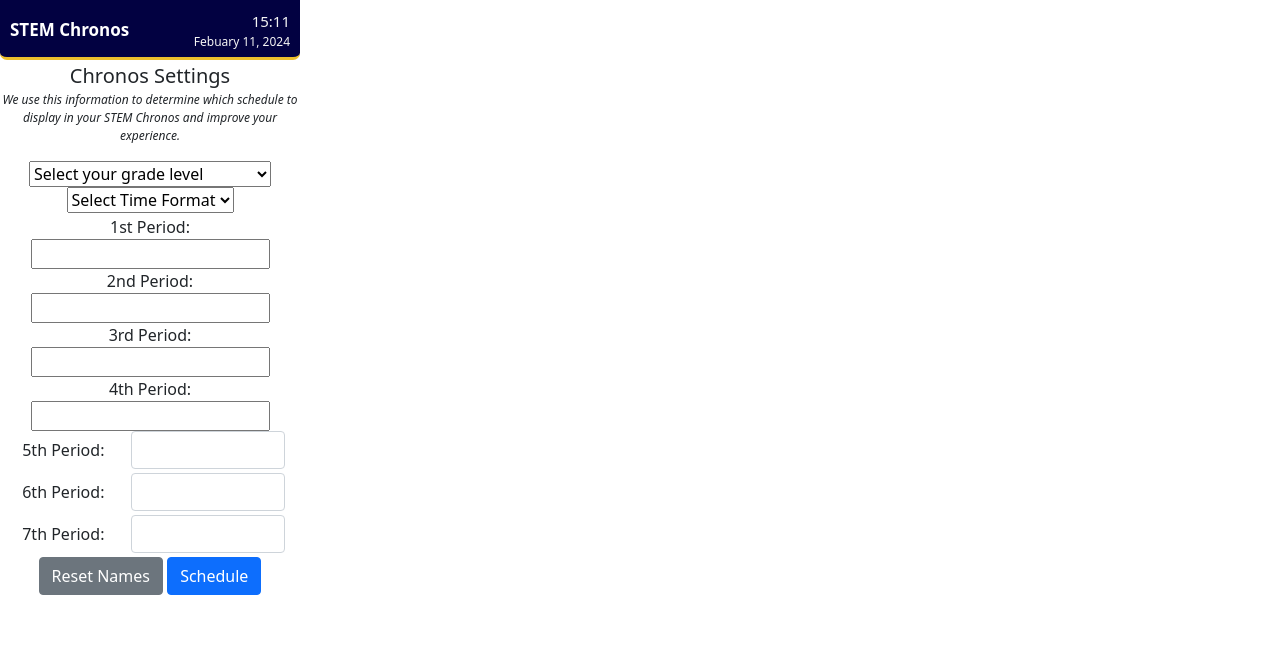
Repository: EvanHughes-dev/StemChronos
Page: StemChronos2.0/Settings/Settings.html
The author's editor kept a copy of each file at every save. The page is drawn from the files as they stood at one save, then again after the next save.
The browser window is 1280 px wide. The pictures show the whole page.

Above is the page before, as saved 2024-04-23 15:38:34.
Console error: TypeError: Cannot read properties of null (reading 'addEventListener')

### StemChronos2.0/Settings/Settings.html
<!Doctype html>
<html>
<!--
    Have all settings here
    i.e. Grade level
    Period names
    notifications
    -->
<head>

    <link href="Settings.css" rel="stylesheet" type="text/css">
    <link href="../index.css" rel="stylesheet" type="text/css">
    <link href="https://cdn.jsdelivr.net/npm/bootstrap@5.0.2/dist/css/bootstrap.min.css" rel="stylesheet" integrity="sha384-EVSTQN3/azprG1Anm3QDgpJLIm9Nao0Yz1ztcQTwFspd3yD65VohhpuuCOmLASjC" crossorigin="anonymous">

</head>
<body>
    <!--Title for Chronos-->
    <div class="title-row">
        <p class="title">STEM Chronos</p>
        <span id="CurrentTime" class="currentTime"></span>
        <span id="CurrentDate" class="date"></span>
    </div>


    <div name="Settings" class="Settings">
        <!--Title for the attribute-->
        <center>
            <div class="fs-5">
                Chronos Settings
            </div>

        </center>


        <p class="SettingsText">
            We use this information to determine
            which schedule to display in your STEM Chronos and improve your experience.
        </p>

        <center>
            <!--Change the Grade Level-->
            <select id="GradeLevel" >
                <option class="DefaultOption" value="NULL" selected disabled>Select your grade level</option>
                <option value="Fresh"> I am a Freshman/Sophomore</option>
                <option value="Sen">I am a Junior/Senior</option>
            </select>

            <select id="TimeMode">
                <option class="DefaultOption" value="NULL" selected disabled>Select Time Format</option>
                <option value="24Hour">24 hour</option>
                <option value="12Hour">12 hour</option>

            </select>
            <!--Set custom period names-->
            <div class="InputField" id="PeriodNameOBJ">
                <div >
                    <label for="First">1st Period:</label>
                    <input name="First" type="text" id="FirstVal" />
                </div>
                <div >
                    <label for="Second">2nd Period:</label>
                    <input name="Second" type="text" id="SecondVal" />
                </div>

                <div>
                    <label for="Third">3rd Period:</label>
                    <input name="Third" type="text" id="ThirdVal" />
                </div>
                <div>
                    <label for="Fourth">4th Period:</label>
                    <input name="Fourth" type="text" id="FourthVal" />
                </div>
                <div class="row g-2 mb-1">
                    <label class="col-sm-4 col-form-label mx-3" for="Fifth">5th Period:</label>
                    <input class="col-sm-10 form-control w-50 col-auto" name="Fifth" type="text" id="FiffthVal" />
                </div>
                <div class="row g-2 mb-1">
                    <label class="col-sm-4 col-form-label mx-3" for="Sixth">6th Period:</label>
                    <input class="col-sm-10 form-control w-50 col-auto" name="Sixth" type="text" id="SixthVal" />
                </div>
                <div class="row g-2 mb-1">
                    <label class="col-sm-4 col-form-label mx-3" for="Seventh">7th Period:</label>
                    <input class="col-sm-10 form-control w-50 col-auto" name="Seventh" type="text" id="SeventhVal" />
                </div>

            </div>

            <!--Buttons-->
            <div class="footerOBJ">
                <button id="PeriodReset" class="btn btn-secondary">Reset Names</button>
                <button id="ScheduleBTN" class="btn btn-primary">Schedule</button>
            </div>
        </center>



    </div>


</body>
<script src="Settings.js"></script>
</html>

### StemChronos2.0/Settings/Settings.css
body {
    width: 300px;
    background-color: #Eeeef3;
    font-size:20px;
}
.Settings {
    margin-top:0px;
    width: 100%;
    height:200px;

}

.SettingsHeader {
    font-size: 25px;
    background: #Eeeef3;

    border-bottom: solid;
    border-width:1px;

}

.SettingsText {
    font-style: italic;
    text-align:center;
    font-size:12px;
}

select.DropDown {
    margin-left: 2px;
    width: 70%;
}


option:hover {
    background-color: #92cbdf;
}

.DefaultOption{

    color:gray;

}

option{

    color:black;
}
.InputField{
    padding-top:2px;
 }


.ToggleArrowHide{
    font-size: 20px;
    padding-left: 3px;
    transition: 1s;
}
    .ToggleArrowHide:hover{

        rotate: 90deg;
    }

    .ToggleArrowShow{
        font-size: 20px;
        padding-left: 3px;
        transition: 1s;
        rotate: 90deg;
    }
        .ToggleArrowShow:hover{

            rotate: 0deg;
        }

.ErrorBox{
    width:90%;
    margin-left:5%;
    display:block;
    background:red;
    z-index:20;
}

### StemChronos2.0/index.css
body {
    width: 300px;

    background-color: #Eeeef3;

    font-size: 15px;
}
.title-row {
	width: 100%;

	font-size: 17px;
	padding: 10px;
    height: 60px;
    margin-bottom: 1px;
    background-color: #020141;
    border-bottom: solid;
    border-bottom-color: #EDC02D;
    border-radius: 0px 0px 7px 7px;
}

.title {
	float: left;
	color: white;
	margin: 6.5px 0;
	font-weight: 700;
}

.currentTime {
	float: right;
	font-size: 15px;
    color: whitesmoke;
}

.date {
	float: right;
	font-size: 12px;
	clear: right;
    color: whitesmoke;
}

tr{
font-size: 12px;
}
.CurrentPeriod {
    background-color: #92cbdf;
}

.CurrentPeriod:hover {
    background-color: #51abcb;
}

.TimeRemainingHolder {
    padding-top: 10px;
    padding-bottom: 10px;
    margin-right: 10px;
    margin-left: 10px;
}

.DailyMessageText{
    text-align:center;
}



    .DailyMessage {
        width: 100%;
        height: 100%;
        justify-content: center;
        align-items: center;
        background-color: whitesmoke;
        /* border-bottom: solid 1px gray;
        border-left: solid 1px gray;
        border-radius: 0px 0px 0px 7px; */
        display: block;
    }
.DailyMessageText {
    margin-top: 10px;
    text-align: center;
}

.DailyMessageHeader {
    margin-top:5px;
    text-align: center;
    font-size:20px;
}
.LetterDay {
    margin-top: 5px;
    width: 75px;
    height: 50%;
    margin-left: 5px;
    align-content: center;
    vertical-align: central;
    background-color: lightgray;
}
.LetterDayInside {
    align-content: center;
    vertical-align: central;
    padding: 5px 5px 5px 5px;
}

.navy {
    background-color: #020141;
}



.flex-child {
    flex: 1;

    padding-right:5px;
    padding-left:5px;
}

    .flex-child:first-child {

        flex: 0;

        width: 100%;
        height: 100%;


    }

#FooterTable{
    padding-top: 0px;
    width:100%;
    height: 10px;

}

    #FooterTable th{
        width:50%;
        height:10px;

    }

br{

    margin:0px;
}
.SettingBtn {
    color: #6f7273;
    width: 50%;
    text-decoration: none;
    font-size: 25px;
}
.SettingBtn:hover{
     cursor: pointer;

}

.ReportBtn {
    color: #6f7273;
    width: 50%;
    text-decoration: none;
    font-size: 25px;
}

    .ReportBtn:hover {
        cursor: pointer;
    }





    .TimeLeft{
        margin: 2px;
    }

### StemChronos2.0/Settings/Settings.js

/*
 * @EHughes
 * Javascript control for Settings.html
 * Initial() runs on page load
 *
 * Future maintainers,
 * Please comment code well.
 * Comment what each function does and where it is called from.
 * As well as the general gist of if statements if there are variables that change values often
 * -EHughes
 */

const AllMonths = ["January", "Febuary", "March", "April", "May", "June", "July", "Agust", "September", "October", "November", "December"];
const PeriodID = ["FirstVal", 'SecondVal', 'ThirdVal', 'FourthVal', 'FiffthVal', 'SixthVal', 'SeventhVal']
const PeriodInputID = ['FirstValToggle', 'SecondValToggle', 'ThirdValToggle', 'FourthValToggle', 'FiffthValToggle', 'SixthValToggle', 'SeventhValToggle'];

function Initial() {//called on script load

	SetDefaultSelect();//Sets deault values for the selects if there are any
	SetDateAndTime();//Sets the header date and time
	SetCustomNameText();//Checks if there are names saved and displays them
	AddEventListeners()//add all needed event listeners

}

function SetDefaultSelect() {//called from Initial()
	if (localStorage.getItem('Year') != null) {//if there is a value
		document.getElementById("GradeLevel").value = localStorage.getItem('Year');//set the grade level to it
	}

	if (localStorage.getItem('TimeMode') != null) {//if there is a value
		document.getElementById('TimeMode').value = localStorage.getItem('TimeMode');//set the time mode to it
	}
}

function UpdateGradeLevel() {//called from AddEventListeners()
	//sets new grade level
	localStorage.setItem("Year", document.getElementById("GradeLevel").value)
}

function UpdateTimeMode() {//called from AddEventListeners()
	//sets new time mode 12 vs 24 hour
	localStorage.setItem("TimeMode", document.getElementById("TimeMode").value)
}

function AddEventListeners() {//called from Initial()

	document.getElementById("GradeLevel").addEventListener("change", () => { UpdateGradeLevel() });//Change grade level

	document.getElementById("TimeMode").addEventListener("change", () => { UpdateTimeMode() });//Change grade level

	document.getElementById("PeriodReset").addEventListener("click", () => { ClearCustomNames() });//Clear all names BTN

	document.getElementById("ScheduleBTN").addEventListener("click", () => { BackToSchedule() });//Go back to schedule BTN

	for (var i = 0; i < PeriodID.length; i++) {//Add event listener for all schedule name inputs
		document.getElementById(PeriodID[i]).addEventListener("change", (source) => {

			SavePeriodNames(source.target.id);//save the period name asscociated with this objects id
		})
	}

	for (let i = 0; i < PeriodInputID.length; i++) {//Add eventlisteners to all schedule input toggle arrows
		const element = PeriodInputID[i];//id for element

		document.getElementById(element).addEventListener("click", (source)=>{//add the listener and pass the object
			ToggleInput(source.target.id)//toggle display of input field and pass the target id
		})

	}


}

function SetDateAndTime() {//called from Initial()
	//Display the date and time for the Chronos header
	const d = new Date();//Current date
	let hour = d.getHours();//Current hour in 24-hour
	let minutes = d.getMinutes();//Current Minute

	let month = d.getMonth();//current month 0-11
	let day = d.getDate();//current day
	let year = d.getFullYear();//current full year

	document.getElementById("CurrentDate").innerHTML = AllMonths[month] + " " + day + ", " + year;//set the day month, year display

	if (minutes < 10) {//If minutes is less than 10
		document.getElementById("CurrentTime").innerHTML = hour + ":0" + minutes;//add a zero before minutes to maintain format
	} else {
		document.getElementById("CurrentTime").innerHTML = hour + ":" + minutes;//just a the minutes
	}

}

function SavePeriodNames(value) {//called from AddEventListeners()

	for (var i = 0; i < PeriodID.length; i++) {

		var LocalStorageI = i + 1;//LocalStorageI since local storage name is one greater then the i value

		if (PeriodID[i] == value) {

			var InputValue = document.getElementById(PeriodID[i]).value;//value inputed into field

			if (InputValue == "" || InputValue == null) {

				localStorage.removeItem("Period" + LocalStorageI)//remove value if field was cleared
				break;//stop running

            }
			localStorage.setItem("Period" + LocalStorageI, InputValue);//set new value
			break;
        }

    }


}


function ClearCustomNames() {//called from AddEventListeners() && SavePeriodNames()
	//remove all period
	for (var i = 1; i <= 7; i++) {

		window.localStorage.removeItem("Period" + i)//remove period from storage

	}
	SetCustomNameText();//display cleared names
}

function SetCustomNameText() {//called from Initial() && ClearCustomNames()
	for (var i = 0; i < 7; i++) {
		var LocalStorageI = i + 1;//LocalStorageI since local storage name is one greater then the i value
		if (localStorage.getItem("Period" + LocalStorageI) != null) {//if there is a value
			document.getElementById(PeriodID[i]).value = localStorage.getItem("Period" + LocalStorageI);//display it
		} else {//if there isnt a value
			document.getElementById(PeriodID[i]).value = "";//display nothing
        }
	}
}


function BackToSchedule() {//called from AddEventListeners()

	if(localStorage.getItem("Year")==null){
		alert("Ensure you select a grade level")
		return
	}
	window.location = "../index.html";

}


function ToggleInput(sourceId){//Toggles input fields for period names. Called from AddEventlisteners()

	for (let i = 0; i < PeriodInputID.length; i++) {//loop through all option
		const element = PeriodInputID[i];//check value of current index

		if(element==sourceId){//if it matches source id

			const InputElement=document.getElementById(PeriodID[i]);
			const ToggleElement=document.getElementById(PeriodInputID[i]);

			console.log(InputElement.style.display)
			//this part deals with displaying the input field for that object
			if(InputElement.style.display=="none" ||InputElement.style.display==""){//if it is not displayed or not set
				InputElement.style.display="revert";//display it
			}else{//if it is diaplyed
				InputElement.style.display="none";//don't display it
			}

			//this section deals with turning the arrow so it is facing the right direction
			const ClassList = ToggleElement.classList;//get all class names of the object

			ClassList.forEach(element => {//for each class
				if(element=="ToggleArrowShow"){//check if class name 1 exists
					ToggleElement.classList.remove("ToggleArrowShow");//turn off class name 1
					ToggleElement.classList.add("ToggleArrowHide");//turn on class name 2
				}else if(element=="ToggleArrowHide"){//else if class name 2 exists
					ToggleElement.classList.remove("ToggleArrowHide");//turn off class name 2
					ToggleElement.classList.add("ToggleArrowShow");//turn on class name 1
				}
			});

			break;
		}

	}

}

Initial()//starts the scripts needed on launch

After the next save:
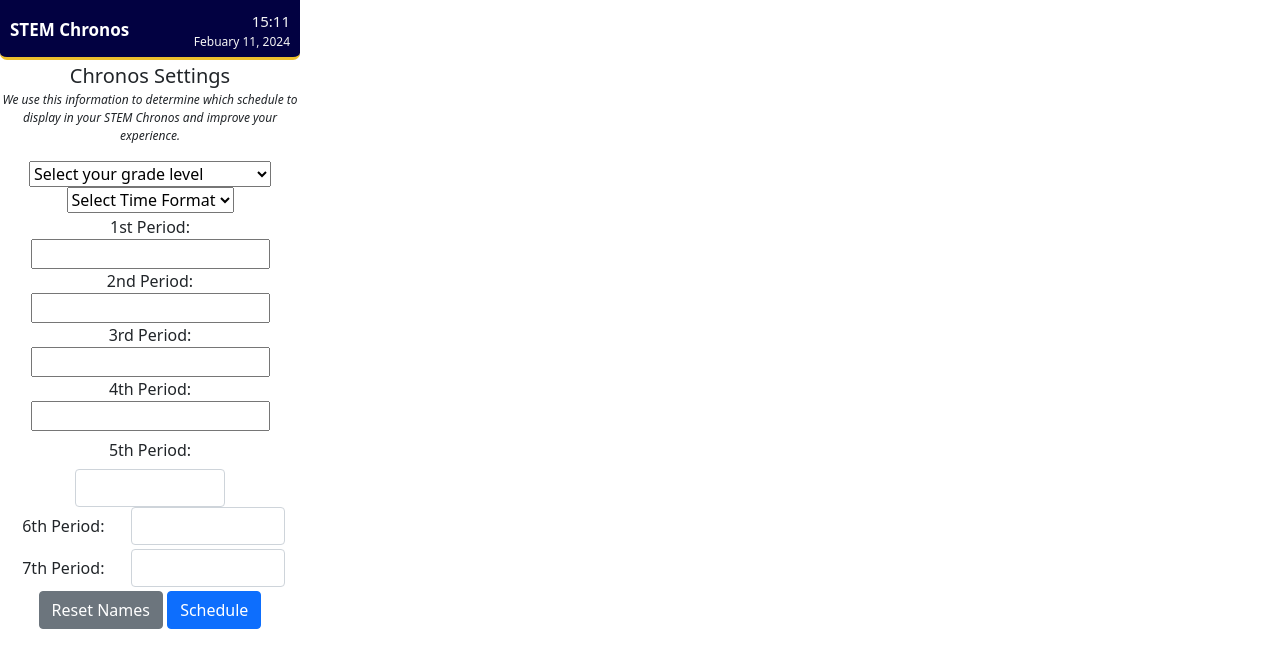
Saved 5 s later.
--- a/StemChronos2.0/Settings/Settings.html
+++ b/StemChronos2.0/Settings/Settings.html
@@ -70,7 +70,7 @@
                     <label for="Fourth">4th Period:</label>
                     <input name="Fourth" type="text" id="FourthVal" />
                 </div>
-                <div class="row g-2 mb-1">
+                <div>
                     <label class="col-sm-4 col-form-label mx-3" for="Fifth">5th Period:</label>
                     <input class="col-sm-10 form-control w-50 col-auto" name="Fifth" type="text" id="FiffthVal" />
                 </div>
